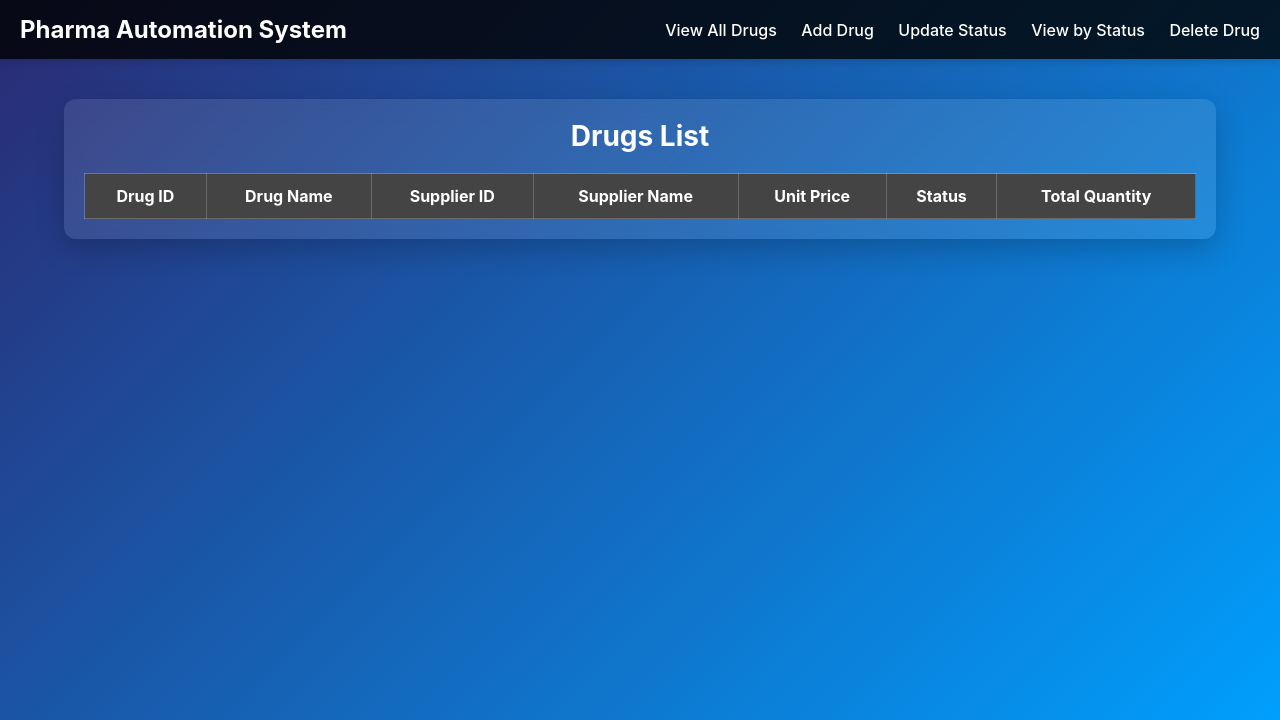
Repository: Clarrieous/Infosys-intern
Page: http://localhost/druglist
The author's editor kept a copy of each file at every save. The page is drawn from the files as they stood at one save, then again after the next save.
The browser window is 1280 px wide. The pictures show the whole page.
The page is this project's Thymeleaf template; nobody is signed in. The template is opened directly, without the code that normally fills it, so the values that code supplies are empty.

Above is the page before, as saved 2024-12-09 09:39:54.

### ClientService/src/main/resources/templates/druglist.html
<!DOCTYPE html>
<html xmlns:th="http://www.thymeleaf.org">
<head>
    <meta charset="UTF-8">
    <meta name="viewport" content="width=device-width, initial-scale=1.0">
    <title>Drugs List</title>
    <style>
        :root {
            --primary-color: #2a2a72;
            --secondary-color: #009ffd;
            --text-color: #ffffff;
            --table-header-bg: #444;
            --table-row-bg: #555;
            --table-hover-bg: #666;
            --accent-color: #4CAF50;
        }

        * {
            margin: 0;
            padding: 0;
            box-sizing: border-box;
        }

        body {
            font-family: 'Inter', 'Arial', sans-serif;
            background: linear-gradient(135deg, var(--primary-color), var(--secondary-color));
            color: var(--text-color);
            min-height: 100vh;
            display: flex;
            flex-direction: column;
        }

        .navbar {
            background-color: rgba(0, 0, 0, 0.8);
            padding: 15px 20px;
            display: flex;
            justify-content: space-between;
            align-items: center;
            box-shadow: 0 4px 6px rgba(0, 0, 0, 0.1);
        }

        .navbar h1 {
            font-size: 24px;
        }

        .navbar a {
            color: var(--text-color);
            text-decoration: none;
            margin-left: 20px;
            font-weight: 500;
            transition: all 0.3s ease;
        }

        .navbar a:hover {
            color: var(--accent-color);
            transform: translateY(-3px);
        }

        .table-container {
            width: 90%;
            margin: 40px auto;
            padding: 20px;
            background-color: rgba(255, 255, 255, 0.1);
            border-radius: 12px;
            backdrop-filter: blur(10px);
            box-shadow: 0 10px 30px rgba(0, 0, 0, 0.2);
        }

        .table-container h2 {
            text-align: center;
            margin-bottom: 20px;
            color: var(--text-color);
            font-size: 28px;
        }

        table {
            width: 100%;
            border-collapse: collapse;
            color: var(--text-color);
            text-align: center;
        }

        th, td {
            padding: 12px;
            border: 1px solid rgba(255, 255, 255, 0.2);
        }

        th {
            background-color: var(--table-header-bg);
            font-size: 16px;
        }

        td {
            background-color: var(--table-row-bg);
        }

        tr:hover td {
            background-color: var(--table-hover-bg);
        }

        @keyframes fadeIn {
            0% {
                opacity: 0;
                transform: translateY(20px);
            }
            100% {
                opacity: 1;
                transform: translateY(0);
            }
        }

        .table-container {
            opacity: 0;
            animation: fadeIn 0.6s ease forwards;
        }

        @media (max-width: 768px) {
            .navbar {
                flex-direction: column;
                align-items: center;
                text-align: center;
            }

            .navbar a {
                margin: 10px 0;
            }

            .table-container {
                width: 100%;
                padding: 15px;
            }

            table {
                font-size: 14px;
            }
        }
    </style>
</head>
<body>
    <div class="navbar">
        <h1>Pharma Automation System</h1>
        <div>
            <a th:href="@{/viewAllDrugs}">View All Drugs</a>
            <a th:href="@{/addDrug}">Add Drug</a>
            <a th:href="@{/updateStatus}">Update Status</a>
            <a th:href="@{/viewDrugStatus}">View by Status</a>
            <a th:href="@{/deleteDrug}">Delete Drug</a>
        </div>
    </div>

    <div class="table-container">
        <h2>Drugs List</h2>
        <table>
            <thead>
                <tr>
                    <th>Drug ID</th>
                    <th>Drug Name</th>
                    <th>Supplier ID</th>
                    <th>Supplier Name</th>
                    <th>Unit Price</th>
                    <th>Status</th>
                    <th>Total Quantity</th>
                </tr>
            </thead>
            <tbody>
                <tr th:each="d : ${drugs}">
                    <td th:text="${d.drugId}">ID</td>
                    <td th:text="${d.drugName}">Name</td>
                    <td th:text="${d.supplierId}">Supplier ID</td>
                    <td th:text="${d.supplierName}">Supplier Name</td>
                    <td th:text="${d.unitPrice}">Unit Price</td>
                    <td th:text="${d.status}">Status</td>
                    <td th:text="${d.totalQuantity}">Total Quantity</td>
                </tr>
            </tbody>
        </table>
    </div>
</body>
</html>

After the next save:
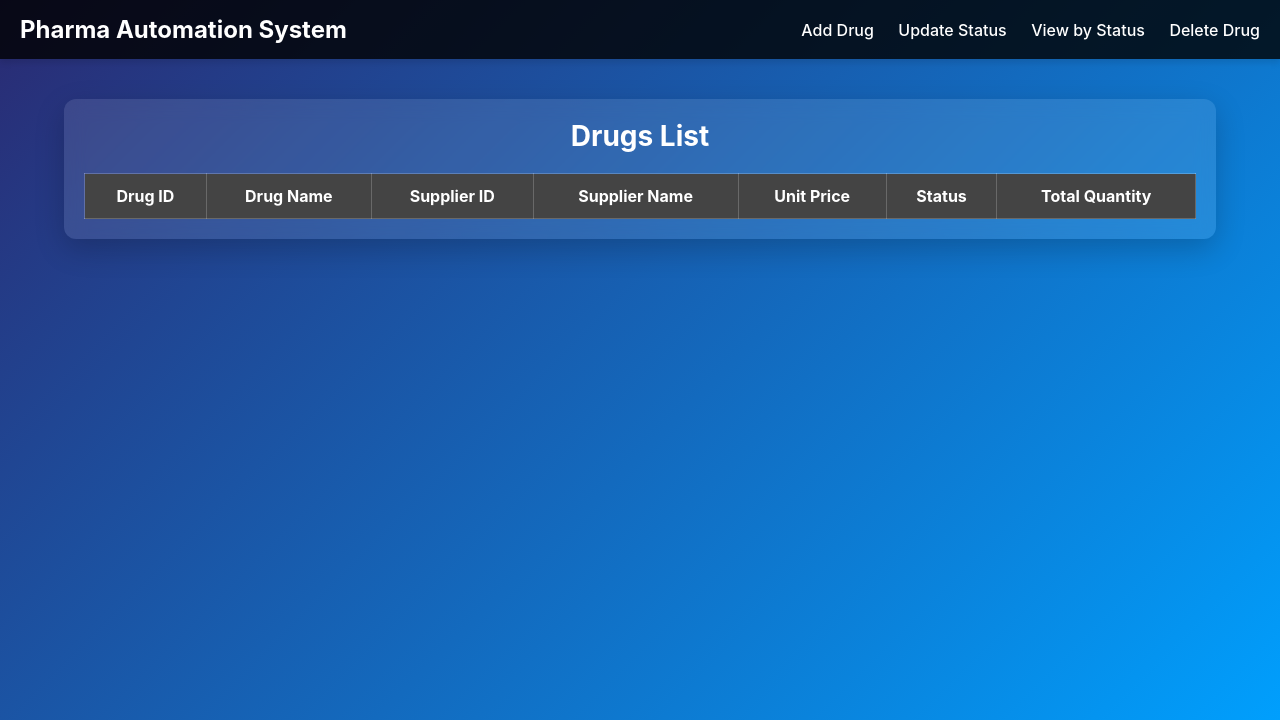
Saved 69 s later.
--- a/ClientService/src/main/resources/templates/druglist.html
+++ b/ClientService/src/main/resources/templates/druglist.html
@@ -140,7 +140,6 @@
     <div class="navbar">
         <h1>Pharma Automation System</h1>
         <div>
-            <a th:href="@{/viewAllDrugs}">View All Drugs</a>
             <a th:href="@{/addDrug}">Add Drug</a>
             <a th:href="@{/updateStatus}">Update Status</a>
             <a th:href="@{/viewDrugStatus}">View by Status</a>
